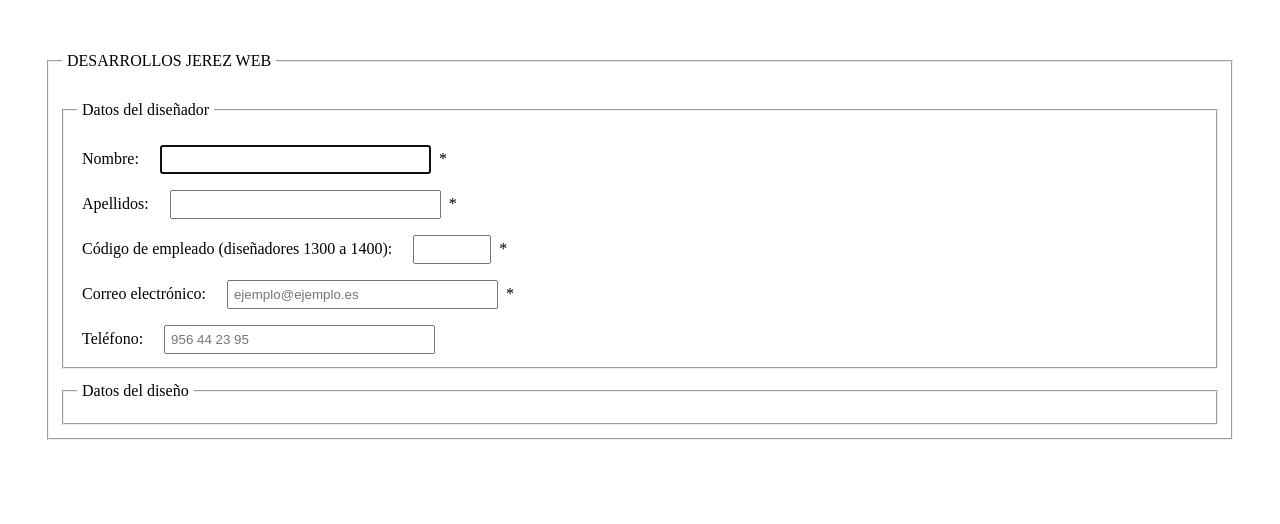
Repository: iSaan86/EV_Practica_FormularioCSS
Page: index.html
An editor plug-in stored every save of this project. The page is shown before and after the next save, followed by the edit.
The browser window is 1280 px wide. The pictures show the whole page.

Above is the page before, as saved 2024-01-11 16:46:51.

After the next save:
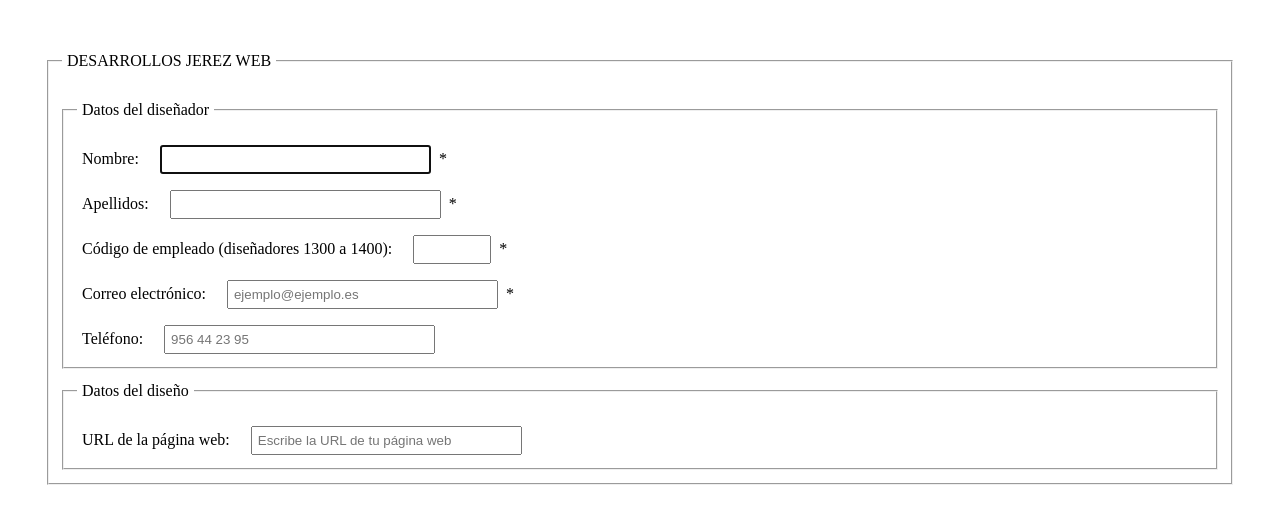
Saved 2 min 47 s later.
--- a/index.html
+++ b/index.html
@@ -26,6 +26,8 @@
                 <label for="telefono">Teléfono:</label><input type="tel" id="telefono"  name="telefono" alt="indique su telefono" size="30%" placeholder="956 44 23 95"><br>
             </fieldset>
             <fieldset><legend class="datos2">Datos del diseño</legend>
+                <label for="url">URL de la página web:</label><input type="url" id="url" name="url" alt="indique la url de la pagina web" size="30%" placeholder="Escribe la URL de tu página web"
+
             </fieldset>
 
 
